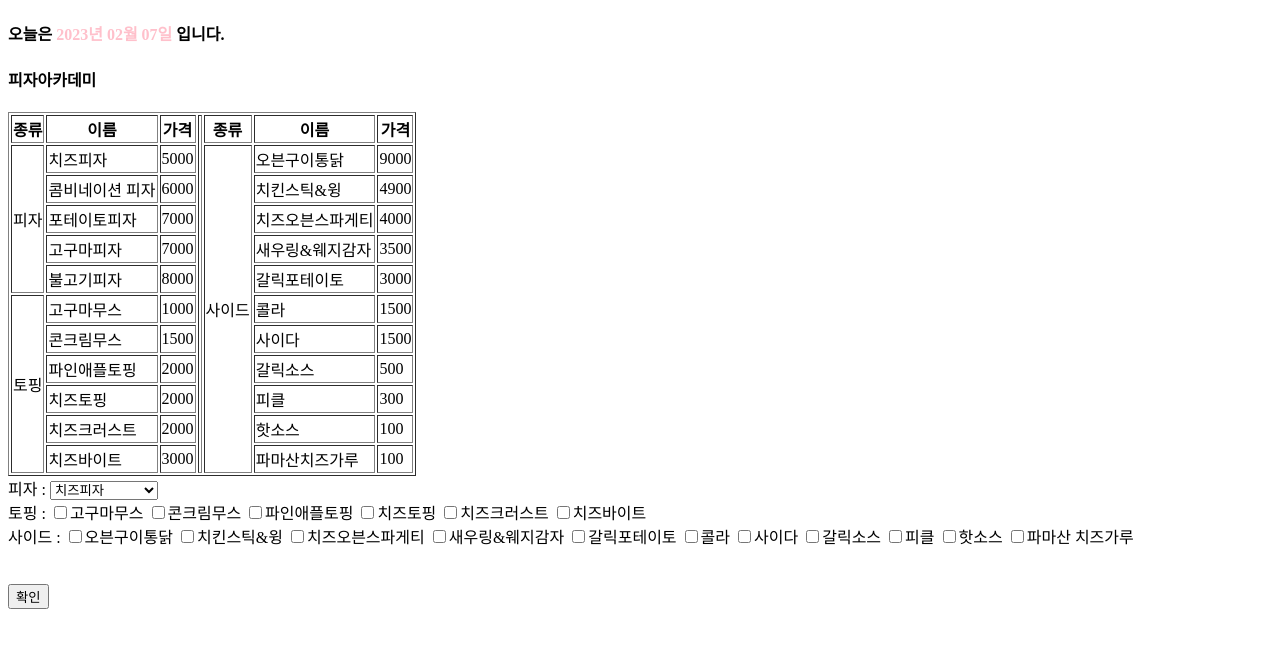
Repository: yejin0220/Web-workspace1
Page: http://localhost/2_JSP/views/04_PizzaOrderForm.jsp
An editor plug-in stored every save of this project. The page is shown before and after the next save, followed by the edit.
The browser window is 1280 px wide. The pictures show the whole page.
The page is served by Tomcat 9. Other server files are loaded and not shown.

Above is the page before, as saved 2023-02-09 02:09:56.

### 2_JSP/WebContent/views/04_PizzaOrderForm.jsp
<%@ page import="java.util.Date, java.text.SimpleDateFormat" %>
<%@ page language="java" contentType="text/html; charset=UTF-8"
    pageEncoding="UTF-8"%>
<!DOCTYPE html>
<html>
<head>
<meta charset="UTF-8">
<title>피자 주문 페이지</title>
<style>
	span{color:pink;}
</style>
</head>
<body>

	<%

		Date date = new Date();
		SimpleDateFormat sdf = new SimpleDateFormat("yyyy년 MM월 dd일");
		String today = sdf.format(date);

	%>

	<h4>오늘은 <span><%= today %></span> 입니다.</h4>

	<h4>피자아카데미</h4>

	<table border="1">
		<tr>
			<th>종류</th>
			<th>이름</th>
			<th>가격</th>
			<th rowspan="12"></th>
			<th>종류</th>
			<th>이름</th>
			<th>가격</th>
		</tr>
		<tr>
			<td rowspan="5">피자</td>
			<td>치즈피자</td>
			<td>5000</td>
			<td rowspan="11">사이드</td>
			<td>오븐구이통닭</td>
			<td>9000</td>
		</tr>
		<tr>
			<td>콤비네이션 피자</td>
			<td>6000</td>
			<td>치킨스틱&윙</td>
			<td>4900</td>

		</tr>
		<tr>
			<td>포테이토피자</td>
			<td>7000</td>
			<td>치즈오븐스파게티</td>
			<td>4000</td>
		</tr>
		<tr>
			<td>고구마피자</td>
			<td>7000</td>
			<td>새우링&웨지감자</td>
			<td>3500</td>
		</tr>
		<tr>
			<td>불고기피자</td>
			<td>8000</td>
			<td>갈릭포테이토</td>
			<td>3000</td>
		</tr>
		<tr>
			<td rowspan="6">토핑</td>
			<td>고구마무스</td>
			<td>1000</td>
			<td>콜라</td>
			<td>1500</td>
		</tr>
		<tr>
			<td>콘크림무스</td>
			<td>1500</td>
			<td>사이다</td>
			<td>1500</td>
		</tr>
		<tr>
			<td>파인애플토핑</td>
			<td>2000</td>
			<td>갈릭소스</td>
			<td>500</td>
		</tr>
		<tr>
			<td>치즈토핑</td>
			<td>2000</td>
			<td>피클</td>
			<td>300</td>
		</tr>
		<tr>
			<td>치즈크러스트</td>
			<td>2000</td>
			<td>핫소스</td>
			<td>100</td>
		</tr>
		<tr>
			<td>치즈바이트</td>
			<td>3000</td>
			<td>파마산치즈가루</td>
			<td>100</td>
		</tr>

	</table>

	<form action="/jsp/test.do" method="post">

		피자 :
		<select name="pizzaname">
			<option>치즈피자</option>
			<option>콤비네이션피자</option>
			<option>포테이토피자</option>
			<option>고구마피자</option>
			<option>불고기피자</option>
		</select>
		<br>

		토핑 :
		<input type="checkbox" name="top" value="고구마무스">고구마무스
		<input type="checkbox" name="top" value="콘크림무스">콘크림무스
		<input type="checkbox" name="top" value="파인애플토핑">파인애플토핑
		<input type="checkbox" name="top" value="치즈토핑">치즈토핑
		<input type="checkbox" name="top" value="치즈크러스트">치즈크러스트
		<input type="checkbox" name="top" value="치즈바이트">치즈바이트
		<br>

		사이드 :
		<input type="checkbox" name="side" value="오븐구이통닭">오븐구이통닭
		<input type="checkbox" name="side" value="치킨스틱&윙">치킨스틱&윙
		<input type="checkbox" name="side" value="치즈오븐스파게티">치즈오븐스파게티
		<input type="checkbox" name="side" value="새우링&웨지감자">새우링&웨지감자
		<input type="checkbox" name="side" value="갈릭포테이토">갈릭포테이토
		<input type="checkbox" name="side" value="콜라">콜라
		<input type="checkbox" name="side" value="사이다">사이다
		<input type="checkbox" name="side" value="갈릭소스">갈릭소스
		<input type="checkbox" name="side" value="피클">피클
		<input type="checkbox" name="side" value="핫소스">핫소스
		<input type="checkbox" name="side" value="파마산 치즈가루">파마산 치즈가루
		<br><br><br>

		<input type="submit" value="확인">

	</form>







</body>
</html>

After the next save:
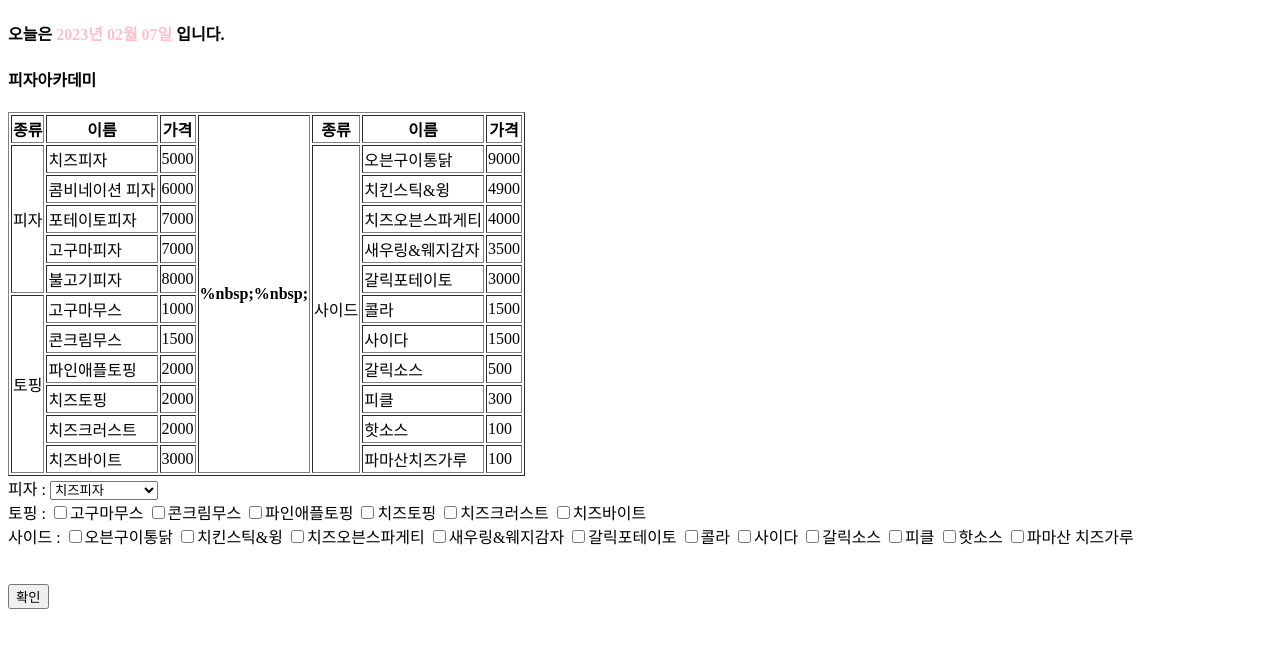
Saved 26 min 1 s later.
--- a/2_JSP/WebContent/views/04_PizzaOrderForm.jsp
+++ b/2_JSP/WebContent/views/04_PizzaOrderForm.jsp
@@ -29,7 +29,7 @@
 			<th>종류</th>
 			<th>이름</th>
 			<th>가격</th>
-			<th rowspan="12"></th>
+			<th rowspan="12">%nbsp;%nbsp;</th>
 			<th>종류</th>
 			<th>이름</th>
 			<th>가격</th>

After the save that followed:
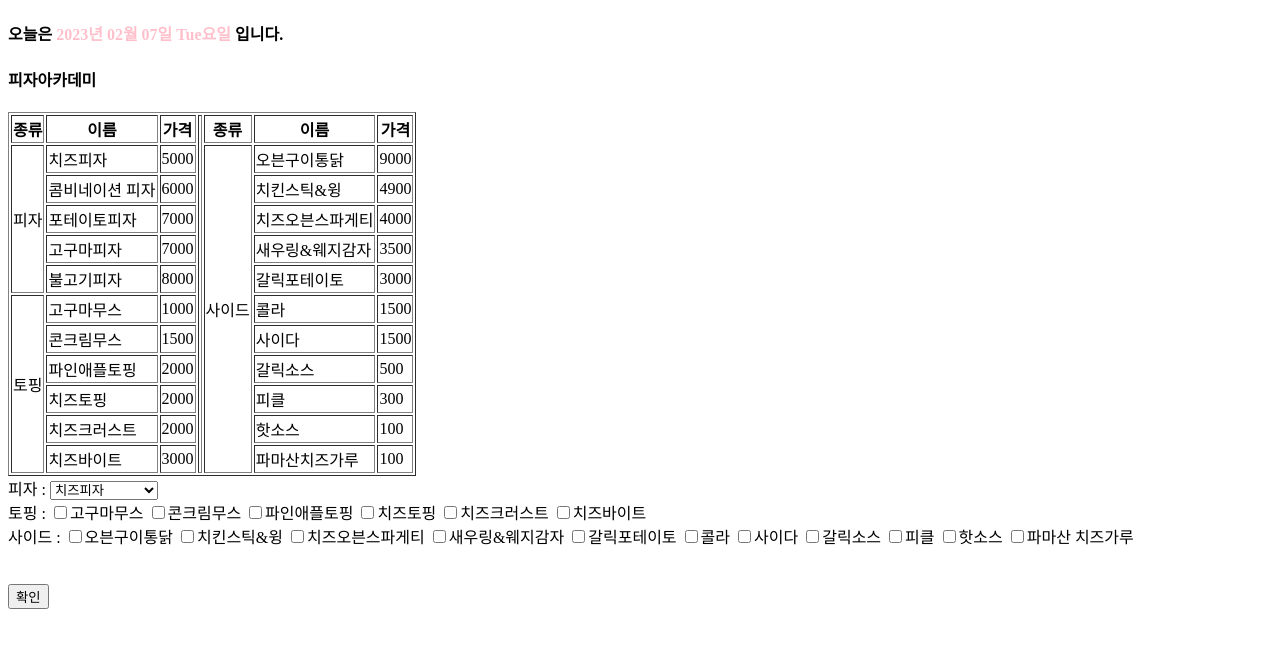
Saved 71 s later.
--- a/2_JSP/WebContent/views/04_PizzaOrderForm.jsp
+++ b/2_JSP/WebContent/views/04_PizzaOrderForm.jsp
@@ -15,7 +15,7 @@
 	<%
 
 		Date date = new Date();
-		SimpleDateFormat sdf = new SimpleDateFormat("yyyy년 MM월 dd일");
+		SimpleDateFormat sdf = new SimpleDateFormat("yyyy년 MM월 dd일 E요일");
 		String today = sdf.format(date);
 
 	%>
@@ -29,7 +29,7 @@
 			<th>종류</th>
 			<th>이름</th>
 			<th>가격</th>
-			<th rowspan="12">%nbsp;%nbsp;</th>
+			<th rowspan="12"></th>
 			<th>종류</th>
 			<th>이름</th>
 			<th>가격</th>
